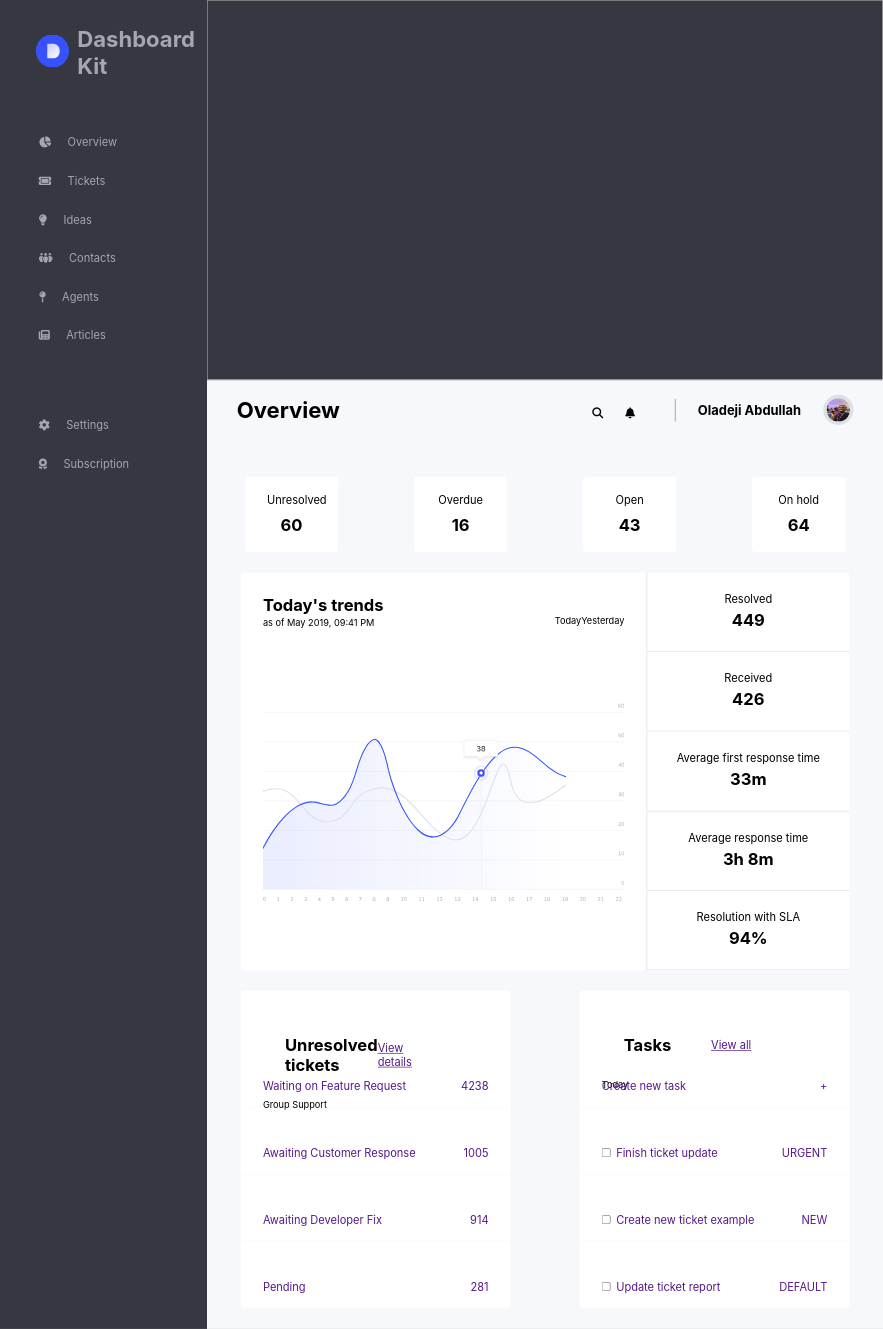
Repository: BuduCE/dashboard
Page: /
These files come from the project's save history. The page is drawn as it stood at one moment and after a run of saves; the edit follows.
The browser window is 1280 px wide. The pictures show the whole page, at 69% of full size.
Some web libraries are served in a nearby version. The project was rebuilt for these pictures with package versions that can differ from the ones it lists, and the page was loaded fresh each time. Also part of the build but not shown: src/pages/Tickets/index.jsx.

Above is the page before, as saved 2022-08-05 23:57:37.

### public/index.html
<!DOCTYPE html>
<html lang="en">
  <head>
    <meta charset="utf-8" />
    <link rel="icon" href="%PUBLIC_URL%/favicon.ico" />
    <meta name="viewport" content="width=device-width, initial-scale=1" />
    <meta name="theme-color" content="#000000" />
    <meta
      name="description"
      content="Web site created using create-react-app"
    />
    <link rel="apple-touch-icon" href="%PUBLIC_URL%/logo192.png" />
    <!--
      manifest.json provides metadata used when your web app is installed on a
      user's mobile device or desktop. See https://developers.google.com/web/fundamentals/web-app-manifest/
    -->
    <link rel="manifest" href="%PUBLIC_URL%/manifest.json" />
    <!--
      Notice the use of %PUBLIC_URL% in the tags above.
      It will be replaced with the URL of the `public` folder during the build.
      Only files inside the `public` folder can be referenced from the HTML.

      Unlike "/favicon.ico" or "favicon.ico", "%PUBLIC_URL%/favicon.ico" will
      work correctly both with client-side routing and a non-root public URL.
      Learn how to configure a non-root public URL by running `npm run build`.
    -->

    <!-- Font-Awesome  -->
    <link
      rel="stylesheet" href="https://cdnjs.cloudflare.com/ajax/libs/font-awesome/6.1.1/css/all.min.css" integrity="sha512-KfkfwYDsLkIlwQp6LFnl8zNdLGxu9YAA1QvwINks4PhcElQSvqcyVLLD9aMhXd13uQjoXtEKNosOWaZqXgel0g==" crossorigin="anonymous" referrerpolicy="no-referrer"
    />
    <title>Admin Dashboard</title>
  </head>
  <body>
    <noscript>You need to enable JavaScript to run this app.</noscript>
    <div id="root"></div>
    <!--
      This HTML file is a template.
      If you open it directly in the browser, you will see an empty page.

      You can add webfonts, meta tags, or analytics to this file.
      The build step will place the bundled scripts into the <body> tag.

      To begin the development, run `npm start` or `yarn start`.
      To create a production bundle, use `npm run build` or `yarn build`.
    -->
  </body>
</html>

### src/index.css
* {
  margin: 0;
  padding: 0;
  box-sizing: border-box;
}
body {
  margin: 0;
  font-family: -apple-system, BlinkMacSystemFont, 'Segoe UI', 'Roboto', 'Oxygen',
    'Ubuntu', 'Cantarell', 'Fira Sans', 'Droid Sans', 'Helvetica Neue',
    sans-serif;
  -webkit-font-smoothing: antialiased;
  -moz-osx-font-smoothing: grayscale;
  background: rgba(54, 55, 64, 1);
}

code {
  font-family: source-code-pro, Menlo, Monaco, Consolas, 'Courier New',
    monospace;
}

### src/App.js
import './App.css';
// import Overview from './pages/Overview';
// import Header from './components/common/Header';
import Sidenav from './components/common/SideNav';
// import Login from './pages/Login';

function App() {
  return (
    <div className="App">
      <Sidenav />
      {/* <Login /> */}
    </div>
  );
}

export default App;

### src/components/common/SideNav/index.jsx
import React from 'react'
import Overview from '../../../pages/Overview'
import Tickets from '../../../pages/Tickets'
import Header from '../Header'
import Logo from '../Logo'
import './styles.css'

const Sidenav = () => {
  return (
    <div className='dashboard'>
        <div className="navbar">
            <div className="logo">
                <Logo />
                <h1>Dashboard Kit</h1>
            </div>
            <div className="heading">
                <i className='fas fa-chart-pie'></i>
                <p>Overview</p>
            </div>
            <div className="heading">
                <i className='fas fa-ticket'></i>
                <p>Tickets</p>
            </div>
            <div className="heading">
                <i className='fas fa-lightbulb'></i>
                <p>Ideas</p>
            </div>
            <div className="heading">
                <i className='fas fa-people-group'></i>
                <p>Contacts</p>
            </div>
            <div className="heading">
                <i className='fas fa-map-pin'></i>
                <p>Agents</p>
            </div>
            <div className="heading">
                <i className='fas fa-newspaper'></i>
                <p>Articles</p>
            </div>
        </div>

        <hr />

        <div className='navbar'>
            <div className="heading">
                <i className='fas fa-gear'></i>
                <p>Settings</p>
            </div>
            <div className="heading">
                <i className='fas fa-award'></i>
                <p>Subscription</p>
            </div>
        </div>
        <div className="info">
            {/* <Header /> */}
            <Overview />
            {/* <Tickets /> */}
        </div>
    </div>
  )
}

export default Sidenav

### src/pages/Overview/index.jsx
import React from 'react'
import './styles.css'
import TrendMap from './graph.svg'
import Header from '../../components/common/Header'

const Overview = () => {
  return (
    <>
        <Header />
        <div className='overview_pg'>
            {/* Specific status */}
            <div className="overview_stat">
                <div className="overview_info">
                    <p>Unresolved</p>
                    <h2>60</h2>
                </div>
                <div className="overview_info">
                    <p>Overdue</p>
                    <h2>16</h2>
                </div>
                <div className="overview_info">
                    <p>Open</p>
                    <h2>43</h2>
                </div>
                <div className="overview_info">
                    <p>On hold</p>
                    <h2>64</h2>
                </div>
            </div>

            {/* Today's trend */}
            <div className="trends">
                <div className="trends_head">
                    <div className="trends_headT">
                        <div className="trend_title">
                            <h2>Today's trends</h2>
                        </div>
                        <div className="trend_title_stat">
                            <div className="trend_date">
                                <small>as of May 2019, 09:41 PM</small>
                            </div>
                            <div className="trend_day">
                                <small>Today</small>
                                <small>Yesterday</small>
                            </div>
                        </div>
                    </div>

                    <div className="trends_headB">
                        <img src={TrendMap} alt="Trend Chart" />
                    </div>
                </div>

                <div className="trends_summary">
                    <div className="summary_type">
                        <p>Resolved</p>
                        <h2>449</h2>
                    </div>
                    <div className="summary_type">
                        <p>Received</p>
                        <h2>426</h2>
                    </div>
                    <div className="summary_type">
                        <p>Average first response time</p>
                        <h2>33m</h2>
                    </div>
                    <div className="summary_type">
                        <p>Average response time</p>
                        <h2>3h 8m</h2>
                    </div>
                    <div className="summary_type">
                        <p>Resolution with SLA</p>
                        <h2>94%</h2>
                    </div>
                </div>
            </div>

            <div className="ticket_n_task">
                <div className="ticket">
                    <div className="ticket_head">
                        <div className="ticket_title">
                            <h2>Unresolved tickets</h2>
                            <a href="">View details</a>
                        </div>
                        <small>Group Support</small>
                    </div>
                    <div className="ticket_list">
                        <a href="">
                            <p>Waiting on Feature Request</p>
                            <p>4238</p>
                        </a>
                        <a href="">
                            <p>Awaiting Customer Response</p>
                            <p>1005</p>
                        </a>
                        <a href="">
                            <p>Awaiting Developer Fix</p>
                            <p>914</p>
                        </a>
                        <a href="">
                            <p>Pending</p>
                            <p>281</p>
                        </a>
                    </div>
                </div>

                <div className="task">
                    <div className="ticket_head">
                        <div className="ticket_title">
                            <h2>Tasks</h2>
                            <a href="">View all</a>
                        </div>
                        <small>Today</small>
                    </div>

                    <div className="ticket_list">
                        <a href="">
                            <p>Create new task</p>
                            <p>+</p>
                        </a>
                        <a href="">
                            <div className='task_todo'>
                                <input type="checkbox" name="" id="" />
                                <label htmlFor="">Finish ticket update</label>
                            </div>

                            <p>URGENT</p>
                        </a>
                        <a href="">
                            <div className='task_todo'>
                                <input type="checkbox" name="" id="" />
                                <label htmlFor="">Create new ticket example</label>
                            </div>

                            <p>NEW</p>
                        </a>
                        <a href="">
                            <div className='task_todo'>
                                <input type="checkbox" name="" id="check" />
                                <label htmlFor="">Update ticket report</label>
                            </div>

                            <p>DEFAULT</p>
                        </a>
                    </div>
                </div>
            </div>
        </div>
    </>
  )
}

export default Overview

### src/components/common/Header/index.jsx
import React from 'react'
import './styles.css'
import budu from './budu.jpg'

const Header = () => {
  return (
    <div className='head_er'>
        <div className="headerL">
            <h1>Overview</h1>
        </div>
        <div className="headerR">
            <i className='fas fa-magnifying-glass icon'></i>
            <i className='fas fa-bell icon bell'></i>
            <h3>Oladeji Abdullah</h3>
            <img src={budu} alt="" />
        </div>
    </div>
  )
}

export default Header

### src/components/common/Logo/index.jsx
import React from 'react'
import companyLogo from './logo.svg'

const Logo = () => {
  return (
    <div>
        <img src={companyLogo} alt="" />
    </div>
  )
}

export default Logo

### src/components/common/SideNav/styles.css
.dashboard{
    display: grid;
    grid-template-columns: 1fr 5fr;
}
.navbar{
    padding: 37px 32px;
    color: #A4A6B3;
}
.logo{
    display: flex;
    padding: 20px 20px;
    padding-bottom: 63px;
    padding-top: 0;
    align-items: center;
}
.logo h1{
    margin-left: 12px;
    width: 8.5rem;
}
.heading{
    width: 100%;
    display: flex;
    padding: 18px 24px;
    align-items: center;
}
.heading p{
    margin-left: 24px;
}
.heading:hover{
    border-left: 1px solid #fff;
    color: #fff;
}
.info{
    background: #F7F8FC;
    /* height: 100vh; */
}

### src/pages/Overview/styles.css
.overview_pg{
    margin-top: 54px;
}
.overview_stat{
    display: grid;
    grid-template-columns: 1fr 1fr 1fr 1fr;
    /* justify-content: space-evenly; */
    width: 100%;
}
.overview_info{
    display: flex;
    flex-direction: column;
    text-align: center;
    /* border: 1px solid; */
    border-radius: 5px;
    padding: 24px 32px;
    background: #fff;
    box-shadow: 15px;
    width: 55%;
    margin: auto;
}
.overview_info:hover{
    color: blue;
    border: 1px blue solid;
}
.overview_info p{
    padding-bottom: 12px;
}

/* trend  */
.trends{
    width: 90%;
    background: #fff;
    margin: auto;
    border-radius: 5px;
    height: 80vh;
    margin-top: 30px;
    display: grid;
    grid-template-columns: 2fr 1fr;
    margin-top: 30px;
}
.trends_head{
    padding: 32px;
}
.trend_title_stat{
    display: flex;
    justify-content: space-between;
}
.trend_day{
    display: flex;
    justify-content: space-evenly;
}
.trends_headB img{
    width: 100%;
    margin-top: 54px;
    height: 55vh;
}

/* summary  */
.trends_summary{
    display: grid;
    grid-template-rows: 1fr 1fr 1fr 1fr 1fr;
}
.summary_type{
    padding: 28px;
    border-left: 1px solid #dfe0e5;
    border-bottom: 1px solid #dfe0e5;
    text-align: center;
}
.summary_type p{
    margin-bottom: 6px;
}

/* Tickets */
.ticket_n_task{
    display: grid;
    grid-template-columns: 1fr 1fr;
    width: 90%;
    margin: auto;
    margin-top: 30px;
    margin-bottom: 30px;
}
.ticket{
    margin-right: 50px;
}
.task{
    margin-left: 50px;
}
.ticket,.task{
    border-radius: 5px;
    background: #fff;
}
.ticket_head{
    padding: 32px;
    margin-bottom: 8px;
    width: 80%;
    height: 10vh;
}
.ticket_title{
    display: flex;
    justify-content: space-between;
    align-items: center;
}
.ticket_list a{
    text-decoration: none;
    display: flex;
    justify-content: space-between;
    align-items: center;
    padding: 20px 32px;
    border-bottom: 1px solid #F7F8FC;
    margin-top: 36px;
    align-items: center;
}
.task_todo{
    align-items: center;
}
.task_todo label{
    margin-left: 8px;
}

### src/pages/Tickets/styles.css
.ticket_pg{
    background: #fff;
    border-radius: 5px;
    height: 96vh;
    width: 95%;
    margin: auto;
    margin-top: 54px;
}
.ticket_title{
    display: flex;
    justify-content: space-between;
    padding: 32px;
}
.titleR, .titleR_icon{
    display: flex;
    justify-content: space-between;
    align-items: center;
    margin-left: 32px;
}
.titleR_icon p{
    margin-left: 8px;
}
/* .tab_head{
    display: grid;
    grid-template-columns: 3fr 2fr 2fr 1fr;
    margin: auto;
    padding: 0 77px 12px 31px;
    border-bottom: 1px solid #dfe0e5;
} */
.tab_info{
    display: grid;
    grid-template-columns: 3fr 2fr 2fr 1fr;
    margin: auto;
    padding: 24px 31px;
    border-bottom: 1px solid #dfe0e5;
}
.tab_info:hover{
    background: #F7F8FC;
}
.info_title{
    display: grid;
    grid-template-columns: 1fr 7fr;
}
.info_title img{
    width: 44px;
    height: 44px;
    border: 5px solid #dfe0e5;
    border-radius: 50%;
}
.ticket_tab{
    margin: auto;
}
.info_status{
    display: flex;
    /* grid-template-columns: 1fr 1fr; */
    justify-content: space-between;
    align-items: center;
}
.info_status button{
    padding: 5px 20px;
    border-radius: 40%;
    background: red;
    color: #fff;
    border: none;
}

### src/components/common/Header/styles.css
.head_er{
    display: flex;
    justify-content: space-between;
    width: 100%;
    height: 10vh;
    padding: 43px 43px;
    align-items: center;
}
.headerR{
    display: flex;
    justify-content: space-between;
    align-items: center;
}
.icon{
    width: 16px;
    height: 16px;
    padding: 5px 24px;
}
.bell{
    padding-right: 72px;
}
.headerR h3{
    padding: 5px 32px;
    border-left: 1px solid grey;
}
.headerR img{
    width: 44px;
    height: 44px;
    border-radius: 50%;
    border: 5px solid #dfe0e5;
}

Loaded but not shown: src/index.js (common file); src/reportWebVitals.js (common file); src/App.css (common file)

After the next 3 saves:
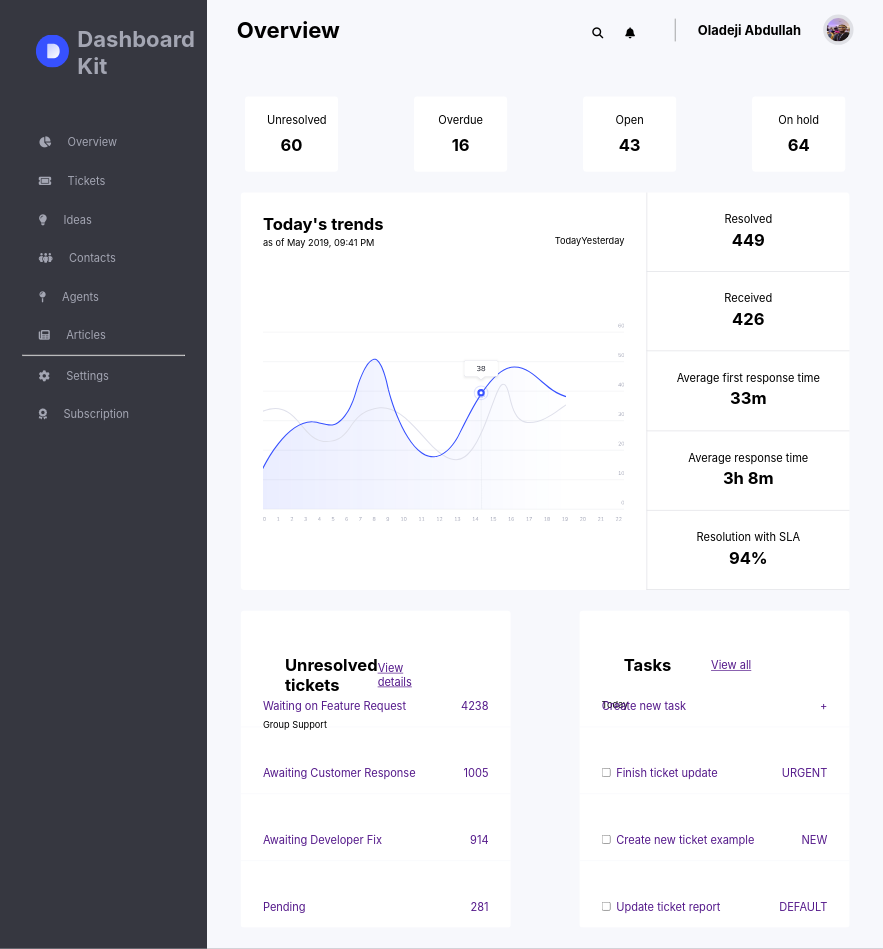
The 3 saves are shown as one change because 1 did not build or start and some came seconds apart.
The last was saved 33 s later.
--- a/src/components/common/SideNav/index.jsx
+++ b/src/components/common/SideNav/index.jsx
@@ -37,11 +37,7 @@ const Sidenav = () => {
                 <i className='fas fa-newspaper'></i>
                 <p>Articles</p>
             </div>
-        </div>
-
-        <hr />
-
-        <div className='navbar'>
+            <hr />
             <div className="heading">
                 <i className='fas fa-gear'></i>
                 <p>Settings</p>
@@ -50,6 +46,7 @@ const Sidenav = () => {
                 <i className='fas fa-award'></i>
                 <p>Subscription</p>
             </div>
+
         </div>
         <div className="info">
             {/* <Header /> */}
